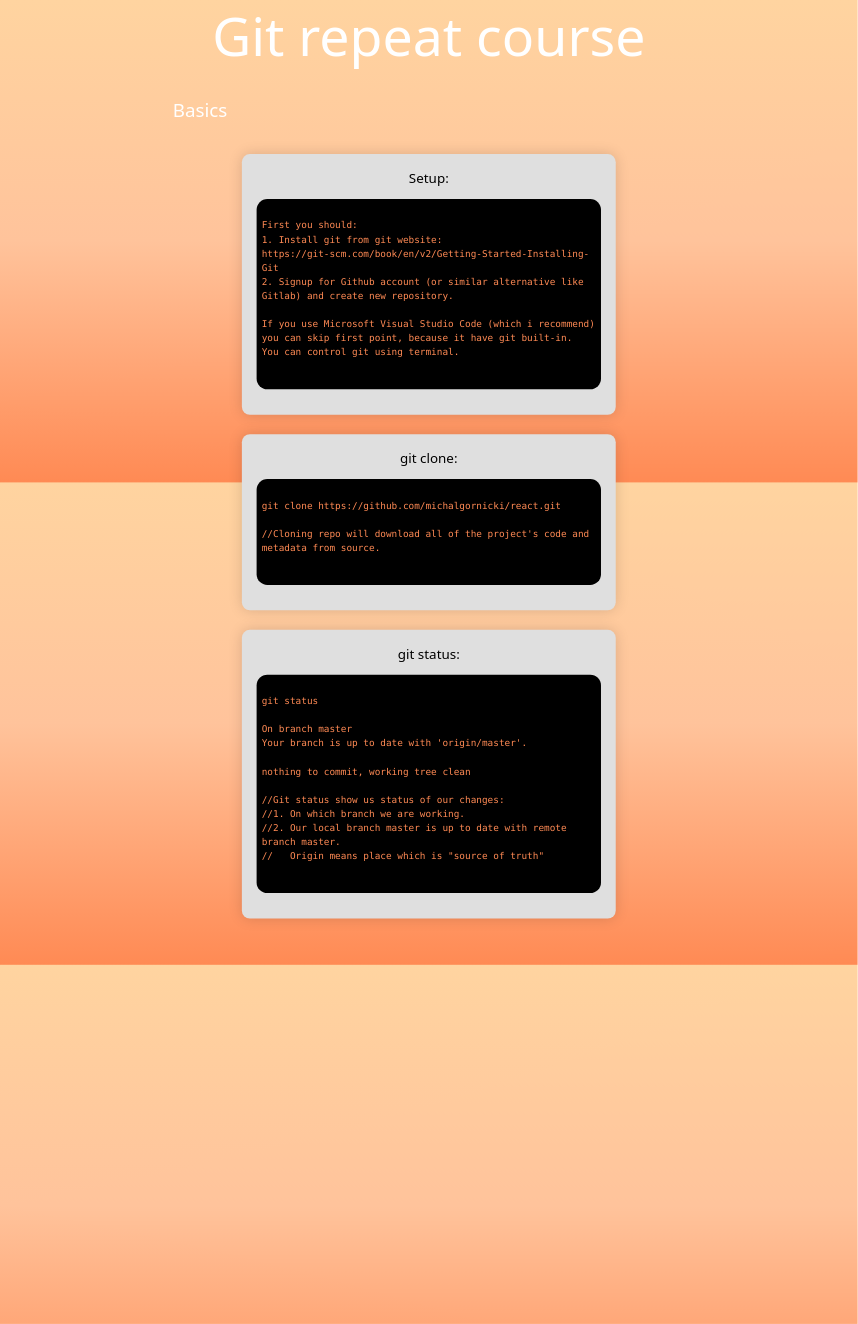
Repository: michalgornicki/git
Page: /
These files come from the project's save history. The page is drawn as it stood at one moment and after a run of saves; the edit follows.
The browser window is 1280 px wide. The pictures show the whole page, at 67% of full size.
Backgrounds fixed to the window are drawn as part of the page. The project was rebuilt for these pictures with package versions that can differ from the ones it lists, and the page was loaded fresh each time. Imported but missing from the stored project, and not drawn on this page: src/components/DOM manipulation.jsx, src/components/async.jsx, src/components/loops.jsx, src/components/numbers.jsx, src/components/variables.jsx, src/components/window.jsx.

Above is the page before, as saved 2022-02-10 08:08:46.

After the next 4 saves:
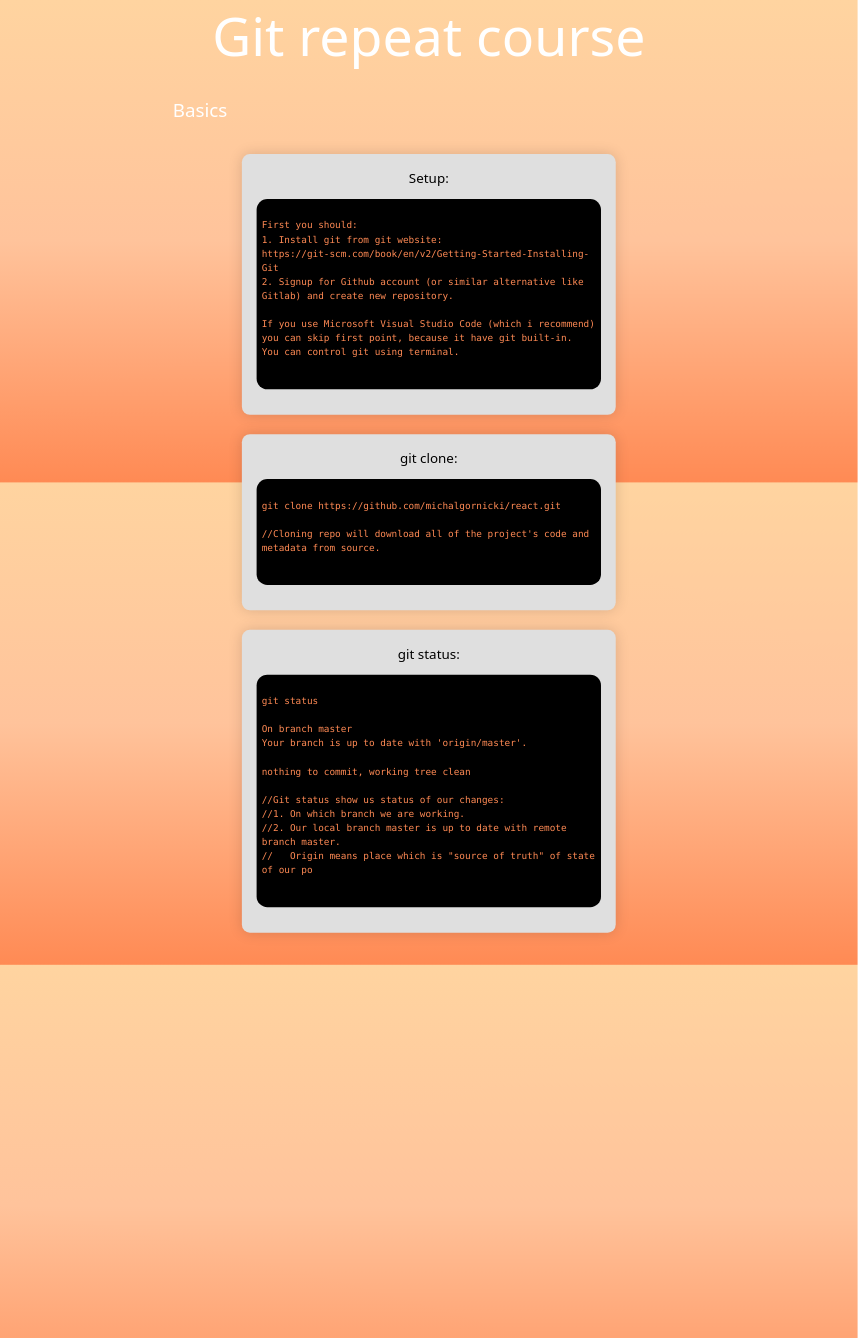
The 4 saves are shown as one change because they came seconds apart.
The last was saved 9 s later.
--- a/src/components/arrays.jsx
+++ b/src/components/arrays.jsx
@@ -44,7 +44,7 @@ nothing to commit, working tree clean
 //Git status show us status of our changes:
 //1. On which branch we are working.
 //2. Our local branch master is up to date with remote branch master.
-//   Origin means place which is "source of truth"
+//   Origin means place which is "source of truth" of state of our po
           `}</pre>
           </div>
       </div>
